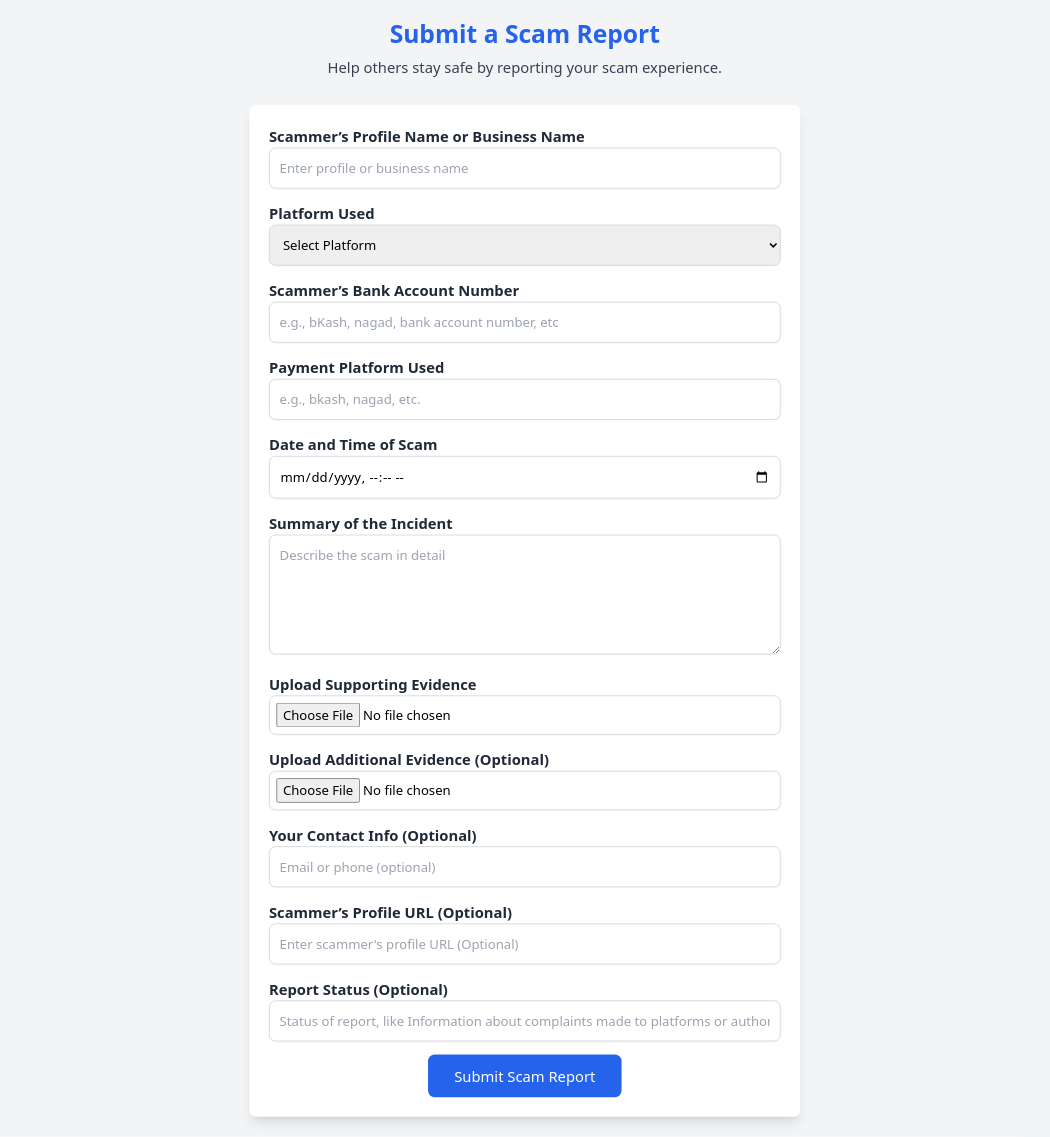
Repository: dev-athar/protarok
Page: /submit-scam
An editor plug-in stored every save of this project. The page is shown before and after the next save, followed by the edit.
The browser window is 1280 px wide. The pictures show the whole page, at 82% of full size.
The project was rebuilt for these pictures with package versions that can differ from the ones it lists, and the page was loaded fresh each time. Also part of the build but not shown: vite.config.ts, src/pages/HomePage.tsx, src/pages/SearchResultsPage.tsx.

Above is the page before, as saved 2024-12-29 15:18:26.

### src/main.tsx
import { StrictMode } from "react";
import { createRoot } from "react-dom/client";
import "./index.css";
// import "./styles.css";
import App from "./App.tsx";

createRoot(document.getElementById("root")!).render(
  <StrictMode>
    <App />
  </StrictMode>
);

### src/App.tsx
// src/App.js
import { BrowserRouter as Router, Routes, Route } from "react-router-dom";
import HomePage from "./pages/HomePage";
import SearchResultsPage from "./pages/SearchResultsPage";
import SubmitScamPage from "./pages/SubmitScamPage";

function App() {
  return (
    <Router>
      <Routes>
        <Route path="/" element={<HomePage />} />
        <Route path="/search" element={<SearchResultsPage />} />
        <Route path="/submit-scam" element={<SubmitScamPage />} />
      </Routes>
    </Router>
  );
}

export default App;

### src/pages/SubmitScamPage.tsx
// src/pages/SubmitScamPage.js
import { useState } from "react";

const SubmitScamPage = () => {
  const [formData, setFormData] = useState({
    scamProfileName: "",
    platform: "",
    scamContactInfo: "",
    dateOfScam: "",
    description: "",
    proof: null,
    paymentMethod: "",
    additionalEvidence: null,
    victimContactInfo: "",
  });
  const [isSubmitted, setIsSubmitted] = useState(false);

  const handleChange = (e) => {
    const { name, value } = e.target;
    setFormData((prev) => ({
      ...prev,
      [name]: value,
    }));
  };

  const handleFileChange = (e) => {
    const { name, files } = e.target;
    setFormData((prev) => ({
      ...prev,
      [name]: files[0],
    }));
  };

  const handleSubmit = (e) => {
    e.preventDefault();
    // Mock submission logic; replace with your Firebase or backend logic
    console.log("Form Submitted", formData);

    // Reset form and show confirmation message
    setFormData({
      scamProfileName: "",
      platform: "",
      scamContactInfo: "",
      dateOfScam: "",
      description: "",
      proof: null,
      paymentMethod: "",
      additionalEvidence: null,
      victimContactInfo: "",
    });
    setIsSubmitted(true);

    // Hide confirmation message after a timeout
    setTimeout(() => setIsSubmitted(false), 5000);
  };

  return (
    <div className="min-h-screen bg-gray-100 p-6">
      <header className="text-center mb-8">
        <h1 className="text-3xl font-bold text-blue-600">
          Submit a Scam Report
        </h1>
        <p className="text-lg text-gray-700 mt-2">
          Help others stay safe by reporting your scam experience.
        </p>
      </header>

      <div className="max-w-2xl mx-auto bg-white p-6 rounded-lg shadow-lg">
        {isSubmitted && (
          <div className="mb-4 p-4 text-green-700 bg-green-100 rounded-lg">
            Thank you! Your report has been submitted and is pending admin
            approval.
          </div>
        )}

        <form onSubmit={handleSubmit}>
          {/* Scam Profile Name */}
          <div className="mb-4">
            <label
              htmlFor="scamProfileName"
              className="block text-lg font-semibold text-gray-800"
            >
              Scammer’s Profile Name or Business Name
            </label>
            <input
              type="text"
              id="scamProfileName"
              name="scamProfileName"
              value={formData.scamProfileName}
              onChange={handleChange}
              className="w-full p-3 border border-gray-300 rounded-lg shadow-sm focus:outline-none focus:ring-2 focus:ring-blue-500"
              placeholder="Enter profile or business name"
              required
            />
          </div>

          {/* Platform Used */}
          <div className="mb-4">
            <label
              htmlFor="platform"
              className="block text-lg font-semibold text-gray-800"
            >
              Platform Used
            </label>
            <select
              id="platform"
              name="platform"
              value={formData.platform}
              onChange={handleChange}
              className="w-full p-3 border border-gray-300 rounded-lg shadow-sm focus:outline-none focus:ring-2 focus:ring-blue-500"
              required
            >
              <option value="">Select Platform</option>
              <option value="Facebook">Facebook</option>
              <option value="Website">Website</option>
              <option value="Phone">Phone</option>
              <option value="Other">Other</option>
            </select>
          </div>

          {/* Scammer’s Bank Account Number */}
          <div className="mb-4">
            <label
              htmlFor="scamBankAccountNumber"
              className="block text-lg font-semibold text-gray-800"
            >
              Scammer’s Bank Account Number
            </label>
            <input
              type="text"
              id="scamBankAccountNumber"
              name="scamBankAccountNumber"
              value={formData.scamBankAccountNumber}
              onChange={handleChange}
              className="w-full p-3 border border-gray-300 rounded-lg shadow-sm focus:outline-none focus:ring-2 focus:ring-blue-500"
              placeholder="e.g., bKash, nagad, bank account number, etc"
              required
            />
          </div>

          {/* Payment Platform */}
          <div className="mb-4">
            <label
              htmlFor="paymentPlatform"
              className="block text-lg font-semibold text-gray-800"
            >
              Payment Platform Used
            </label>
            <input
              type="text"
              id="paymentPlatform"
              name="paymentPlatform"
              value={formData.paymentPlatform}
              onChange={handleChange}
              className="w-full p-3 border border-gray-300 rounded-lg shadow-sm focus:outline-none focus:ring-2 focus:ring-blue-500"
              placeholder="e.g., bkash, nagad, etc."
            />
          </div>

          {/* Date and Time of Scam */}
          <div className="mb-4">
            <label
              htmlFor="dateOfScam"
              className="block text-lg font-semibold text-gray-800"
            >
              Date and Time of Scam
            </label>
            <input
              type="datetime-local"
              id="dateOfScam"
              name="dateOfScam"
              value={formData.dateOfScam}
              onChange={handleChange}
              className="w-full p-3 border border-gray-300 rounded-lg shadow-sm focus:outline-none focus:ring-2 focus:ring-blue-500"
              required
            />
          </div>

          {/* Description */}
          <div className="mb-4">
            <label
              htmlFor="description"
              className="block text-lg font-semibold text-gray-800"
            >
              Summary of the Incident
            </label>
            <textarea
              id="description"
              name="description"
              value={formData.description}
              onChange={handleChange}
              className="w-full p-3 border border-gray-300 rounded-lg shadow-sm focus:outline-none focus:ring-2 focus:ring-blue-500"
              rows="5"
              placeholder="Describe the scam in detail"
              required
            ></textarea>
          </div>

          {/* Supporting Evidence */}
          <div className="mb-4">
            <label
              htmlFor="proof"
              className="block text-lg font-semibold text-gray-800"
            >
              Upload Supporting Evidence
            </label>
            <input
              type="file"
              id="proof"
              name="proof"
              accept="image/*,.pdf"
              onChange={handleFileChange}
              className="w-full p-2 border border-gray-300 rounded-lg shadow-sm focus:outline-none focus:ring-2 focus:ring-blue-500"
              required
            />
          </div>

          {/* Additional Evidence */}
          <div className="mb-4">
            <label
              htmlFor="additionalEvidence"
              className="block text-lg font-semibold text-gray-800"
            >
              Upload Additional Evidence (Optional)
            </label>
            <input
              type="file"
              id="additionalEvidence"
              name="additionalEvidence"
              accept="image/*,.pdf"
              onChange={handleFileChange}
              className="w-full p-2 border border-gray-300 rounded-lg shadow-sm focus:outline-none focus:ring-2 focus:ring-blue-500"
            />
          </div>

          {/* Victim Contact Info */}
          <div className="mb-4">
            <label
              htmlFor="victimContactInfo"
              className="block text-lg font-semibold text-gray-800"
            >
              Your Contact Info (Optional)
            </label>
            <input
              type="text"
              id="victimContactInfo"
              name="victimContactInfo"
              value={formData.victimContactInfo}
              onChange={handleChange}
              className="w-full p-3 border border-gray-300 rounded-lg shadow-sm focus:outline-none focus:ring-2 focus:ring-blue-500"
              placeholder="Email or phone (optional)"
            />
          </div>

          {/* Scammer Profile URL */}
          <div className="mb-4">
            <label
              htmlFor="scamProfileUrl"
              className="block text-lg font-semibold text-gray-800"
            >
              Scammer’s Profile URL (Optional)
            </label>
            <input
              type="url"
              id="scamProfileUrl"
              name="scamProfileUrl"
              value={formData.scamProfileUrl}
              onChange={handleChange}
              className="w-full p-3 border border-gray-300 rounded-lg shadow-sm focus:outline-none focus:ring-2 focus:ring-blue-500"
              placeholder="Enter scammer's profile URL (Optional)"
            />
          </div>

          {/* Report Status */}
          <div className="mb-4">
            <label
              htmlFor="reportStatus"
              className="block text-lg font-semibold text-gray-800"
            >
              Report Status (Optional)
            </label>
            <input
              type="text"
              id="reportStatus"
              name="reportStatus"
              value={formData.reportStatus}
              onChange={handleChange}
              className="w-full p-3 border border-gray-300 rounded-lg shadow-sm focus:outline-none focus:ring-2 focus:ring-blue-500"
              placeholder="Status of report, like Information about complaints made to platforms or authorities"
            />
          </div>

          {/* Submit Button */}
          <div className="text-center">
            <button
              type="submit"
              className="bg-blue-600 text-white py-3 px-8 rounded-lg text-lg hover:bg-blue-700 transition duration-300"
            >
              Submit Scam Report
            </button>
          </div>
        </form>
      </div>
    </div>
  );
};

export default SubmitScamPage;

### tailwind.config.js
/** @type {import('tailwindcss').Config} */
// export default {
module.exports = {
  content: ["./index.html", "./src/**/*.{js,ts,jsx,tsx}"],
  theme: {
    extend: {},
  },
  plugins: [],
};

Loaded but not shown: index.html (common file); src/index.css (common file)

After the next save:
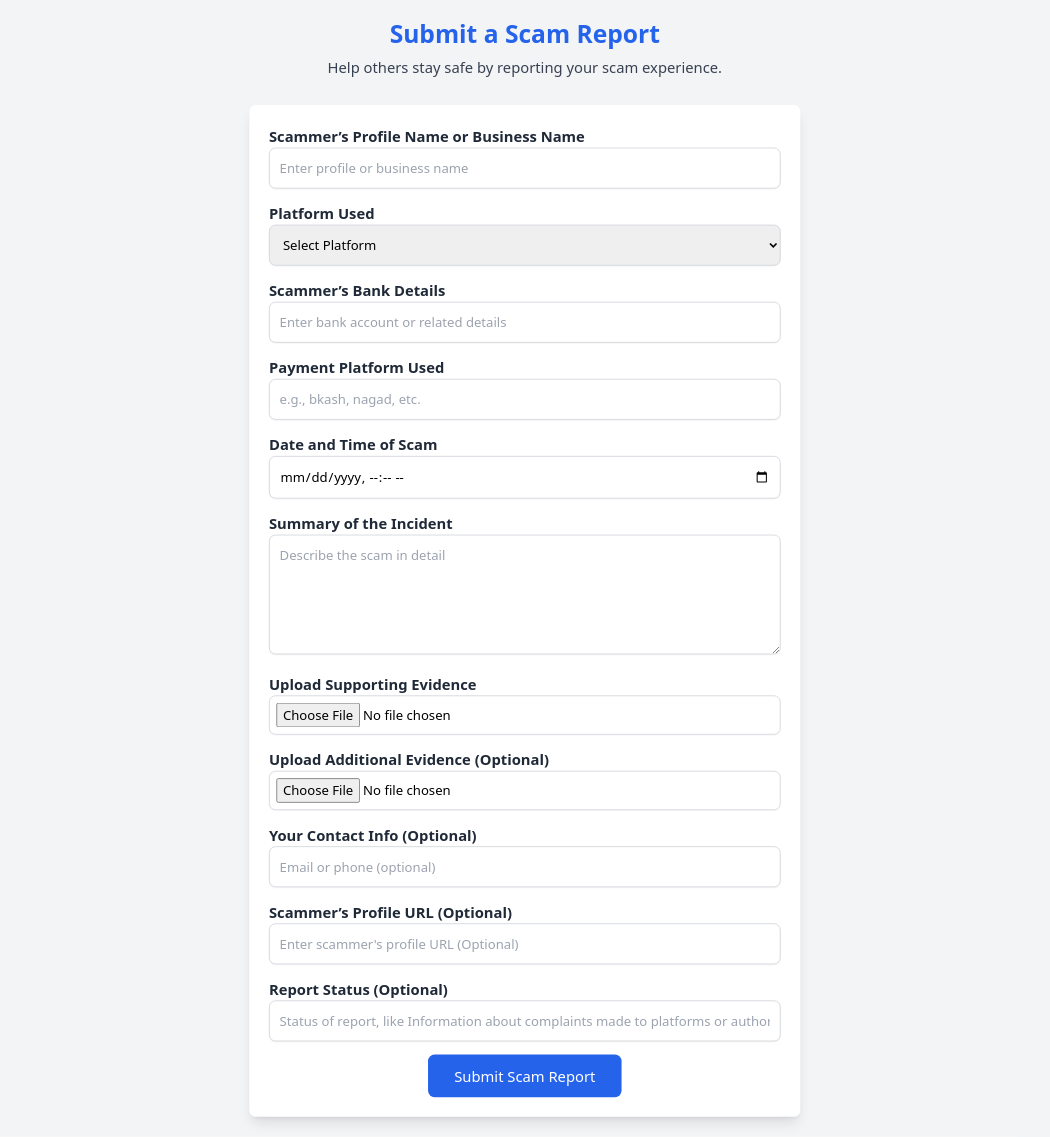
Saved 3 min 7 s later.
--- a/src/pages/SubmitScamPage.tsx
+++ b/src/pages/SubmitScamPage.tsx
@@ -118,22 +118,22 @@ const SubmitScamPage = () => {
             </select>
           </div>
 
-          {/* Scammer’s Bank Account Number */}
-          <div className="mb-4">
-            <label
-              htmlFor="scamBankAccountNumber"
-              className="block text-lg font-semibold text-gray-800"
-            >
-              Scammer’s Bank Account Number
-            </label>
-            <input
-              type="text"
-              id="scamBankAccountNumber"
-              name="scamBankAccountNumber"
-              value={formData.scamBankAccountNumber}
-              onChange={handleChange}
-              className="w-full p-3 border border-gray-300 rounded-lg shadow-sm focus:outline-none focus:ring-2 focus:ring-blue-500"
-              placeholder="e.g., bKash, nagad, bank account number, etc"
+          {/* Scammer’s Bank Details */}
+          <div className="mb-4">
+            <label
+              htmlFor="bankDetails"
+              className="block text-lg font-semibold text-gray-800"
+            >
+              Scammer’s Bank Details
+            </label>
+            <input
+              type="text"
+              id="bankDetails"
+              name="bankDetails"
+              value={formData.bankDetails}
+              onChange={handleChange}
+              className="w-full p-3 border border-gray-300 rounded-lg shadow-sm focus:outline-none focus:ring-2 focus:ring-blue-500"
+              placeholder="Enter bank account or related details"
               required
             />
           </div>
